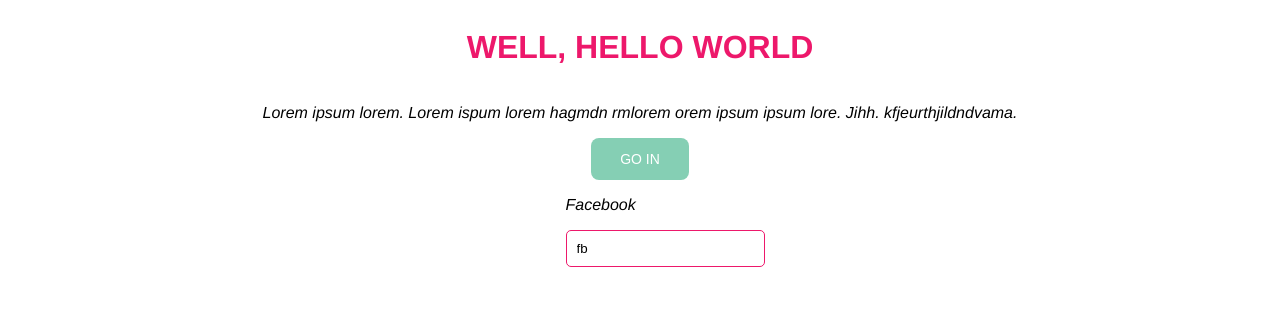
Repository: dianabit/react-app
Page: /, after clicking the first element matching `button.sc-bRKDuR`
An editor plug-in stored every save of this project. The page is shown before and after the next save, followed by the edit.
The browser window is 1280 px wide. The pictures show the whole page.
Some web fonts or font styles are not loaded; a fallback is used. The project was rebuilt for these pictures with package versions that can differ from the ones it lists, and the page was loaded fresh each time. Also part of the build but not shown: webpack.config.js.

Above is the page before, as saved 2018-12-01 13:48:34.

### src/index.html
<!DOCTYPE html>
<html>
    <head>
        <meta charset="UTF-8">
        <meta name="viewport" content="width=device-width, initial-scale=1.0">
        <meta http-equiv="X-UA-Compatible" content="ie=edge">
        <link rel="stylesheet" href="../src/font-awesome/font-awesome.min.css">

        <title>Have a Book!</title>
    </head>
    <body>
        <div id="app"></div>
        <script src="./bundle.js"></script>
    </body>
</html>

### src/index.js
import React from 'react';
import ReactDOM from "react-dom";

import App from './containers/App/index';

ReactDOM.hydrate(<App />, document.getElementById('app'));

### src/containers/App/index.js
import React from 'react';
import Site from '../Site/index';


class App extends React.Component {
  render() {
    return <Site />;
  }
}

export default App;

### src/containers/Site/index.js
import React from 'react';
import styled from 'styled-components';
import Auth from '../Auth/index';

const MainContainer = styled.div`
    font-family: Helvetica;
`;

export class Site extends React.PureComponent {
    constructor(props) {
        super(props);
    }

  render() {

    return (
        <MainContainer>
            <Auth />
        </MainContainer>
        )
    }
}

export default Site;

### src/containers/Auth/index.js
import React from 'react';
import styled from 'styled-components';
import Button from '../../components/Button';
import Heading from '../../components/Heading';
import Paragraph from '../../components/Paragraph';
import FormInput from '../../components/Form/FormInput';

const Container = styled.div`
    display: flex;
    flex-direction: column;
    align-items: center;
    justify-content: center;
`;

class Auth extends React.Component {
    constructor(props) {
        super(props);

        this.state={
            isFormOpen: false
        }

        this.enterApp = this.enterApp.bind(this);
    }

    enterApp() {
        this.setState({isFormOpen: true});
    }

    render() {
    const { isFormOpen } = this.state;
    return(
        <Container>
            <Heading
                text="WELL, HELLO WORLD"
                fontStyle="bold"
                isLarge
            />
            <Paragraph
                text="Lorem ipsum lorem. Lorem ispum lorem hagmdn rmlorem orem ipsum ipsum lore. Jihh. kfjeurthjildndvama."
                fontStyle="italic"
            />
            <Button
                type="submit"
                onClick={this.enterApp}
                text="GO IN"
                />
                {isFormOpen && (
                    <FormInput />
                )}
        </Container>
    )
}
}

export default Auth;

### src/components/Button/index.js
import React from 'react';
import styled from 'styled-components';

const Element = styled.button`
    background-color: ${props => props.bgColor || '#85CFB4'};
    width: 7em;
    height: 3em;
    border: none;
    border-radius: 8px;
    color: #fff;
    font-size: 14px;
    font-style: bold;

    :focus {
        outline: none;
    }

    :hover {
        background-color: #a3e6cd;
        cursor: pointer;
    }
`

function Button(props) {
    const { type, onClick, text, bgColor } = props;
    return (
        <Element
            type={type}
            onClick={onClick}
            bgColor={bgColor}
        >
            {text}
        </Element>
    )
}

export default Button;

### src/components/Heading/index.js
import React from 'react';
import styled from 'styled-components';

const LargeHeading = styled.h1`
    color: ${props => props.color || '#ED186B'};
    font-style: ${props => props.fontStyle || 'normal'};
`
const RegularHeading = styled.h3`
    color: ${props => props.color || '#ED186B'};
    font-style: ${props => props.fontStyle || 'normal'};
`
const SmallHeading = styled.h5`
    color: ${props => props.color || '#FFB312'};
    font-style: ${props => props.fontStyle || 'normal'};
`

function Heading(props) {
    const { text, isLarge, isRegular, isSmall, color, fontStyle } = props;
    return (
        <div>
            {isLarge && (
                <LargeHeading
                    color={color}
                    fontStyle={fontStyle}
                >
                    {text}
                </LargeHeading>
            )}
            {isRegular && (
                <RegularHeading
                    color={color}
                    fontStyle={fontStyle}
                >
                    {text}
                </RegularHeading>
            )}
            {isSmall && (
                <SmallHeading
                color={color}
                fontStyle={fontStyle}
                >
                    {text}
                </SmallHeading>
            )}
        </div>
    )
}

export default Heading;

### src/components/Paragraph/index.js
import React from 'react';
import styled from 'styled-components';

const Element = styled.p`
    color: ${props => props.color || '#000'};
    font-style: ${props => props.fontStyle || 'normal'};
    font-size: ${props => props.isSmall ? '12px' : '16px'};
`

function Paragraph(props) {
    const { fontStyle, color, isSmall, text } = props;
    return (
        <Element
            fontStyle={fontStyle}
            color={color}
            isSmall={isSmall}
        >
            {text}
        </Element>
    )
}

export default Paragraph;

### src/components/Form/FormInput.js
import React from 'react';
import styled from 'styled-components';
import Paragraph from '../Paragraph';

const FieldWrapper = styled.div`
  position: relative;
`;

const Icon = styled.i`
  position: absolute;
  top: 4px;
  font-size: 30px;
  color: grey;
`;

const Field = styled.div`
  display: flex;
  flex-direction: column;
  margin-left: 50px;
`;

const Input = styled.input`
  border: 1px solid #ed186b;
  padding: 10px;
  border-radius: 5px;
`;

function FormInput(props) {
    const {onChange, onBlur} = props;
  return (
    <FieldWrapper>
      <Icon class="fa fa-facebook" />
      <Field className="mb-4">
        <Paragraph fontStyle="italic" text="Facebook"/>
        <Input
          name="facebook"
          value="fb"
          onChange={onChange}
          onBlur={onBlur}
        />
      </Field>
    </FieldWrapper>
  );
}

export default FormInput;

Loaded but not shown: src/font-awesome/font-awesome.min.css (library)

After the next save:
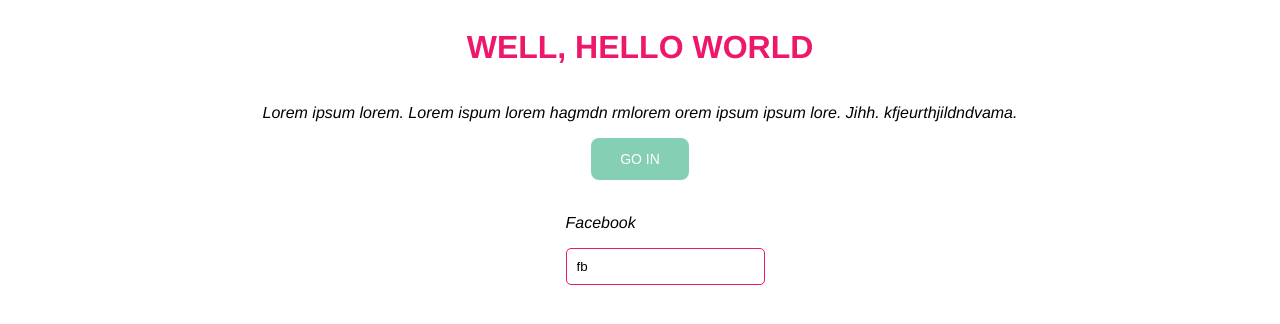
Saved 35 s later.
--- a/src/components/Form/FormInput.js
+++ b/src/components/Form/FormInput.js
@@ -29,7 +29,7 @@ function FormInput(props) {
     const {onChange, onBlur} = props;
   return (
     <FieldWrapper>
-      <Icon class="fa fa-facebook" />
+      <i class="fa fa-camera-retro" />
       <Field className="mb-4">
         <Paragraph fontStyle="italic" text="Facebook"/>
         <Input
